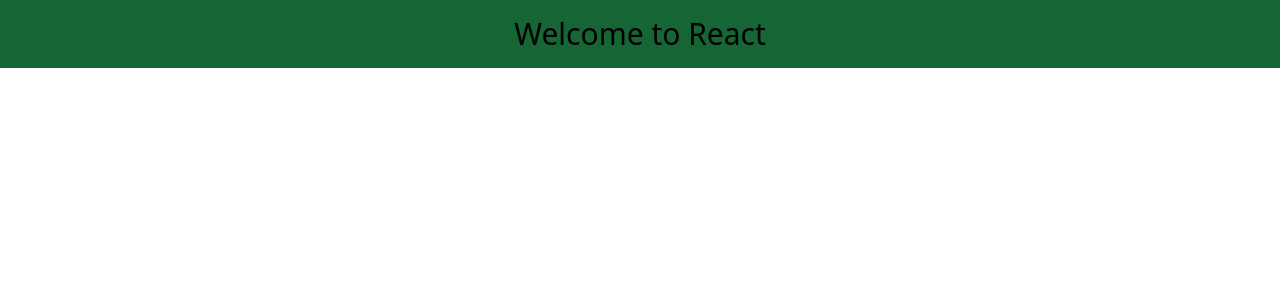
Repository: SaadYasin/react-internationalization
Page: /
These files come from the project's save history. The page is drawn as it stood at one moment and after the next save; the edit follows.
The browser window is 1280 px wide. The pictures show the whole page.
The project was rebuilt for these pictures with package versions that can differ from the ones it lists, and the page was loaded fresh each time. Also part of the build but not shown: vite.config.js.

Above is the page before, as saved 2024-07-18 21:30:19.

### index.html
<!doctype html>
<html lang="en">
  <head>
    <meta charset="UTF-8" />
    <link rel="icon" type="image/svg+xml" href="/vite.svg" />
    <meta name="viewport" content="width=device-width, initial-scale=1.0" />
    <title>Vite + React</title>

    <!-- FONTS -->
    <link rel="preconnect" href="https://fonts.googleapis.com">
    <link rel="preconnect" href="https://fonts.gstatic.com" crossorigin>
    <link
      href="https://fonts.googleapis.com/css2?family=Jost:ital,wght@0,100..900;1,100..900&family=Poppins:ital,wght@0,100;0,200;0,300;0,400;0,500;0,600;0,700;0,800;0,900;1,100;1,200;1,300;1,400;1,500;1,600;1,700;1,800;1,900&display=swap"
      rel="stylesheet">

  </head>
  <body>
    <div id="root"></div>
    <script type="module" src="/src/main.jsx"></script>
  </body>
</html>

### src/App.jsx
/* eslint-disable no-unused-vars */
import React from "react";
import i18next from '../src/utils/i18next';
import { useTranslation } from 'react-i18next'
function App() {
  const { t } = useTranslation();

  return (
    <>
      <h2 className="text-3xl text-center text p-4 bg-green-800">{t("Welcome to React")}</h2>
    </>
  )
}

export default App;

### src/index.css
@import url('https://fonts.googleapis.com/css2?family=Jost:ital,wght@0,100..900;1,100..900&family=Poppins:ital,wght@0,100;0,200;0,300;0,400;0,500;0,600;0,700;0,800;0,900;1,100;1,200;1,300;1,400;1,500;1,600;1,700;1,800;1,900&display=swap');

@tailwind base;
@tailwind components;
@tailwind utilities;

### src/utils/i18next.js
import i18n from "i18next";
import { initReactI18next } from "react-i18next";

import languageDetector from "i18next-browser-languagedetector";
import HttpApi from "i18next-http-backend";

i18n
  .use(initReactI18next)
  .use(languageDetector)
  .use(HttpApi)
  .init({
    fallbackLng: "en",
    detection: {
      order: [
        "htmlTag",
        "cookie",
        "localStorage",
        "sessionStorage",
        "navigator",
        "path",
        "subdomain",
      ],
      caches: ["localStorage"],
    },
    backend: {
      loadPath: "/locale/{{lng}}/translation.json",
    },
  });

export default i18n;

### tailwind.config.js
/** @type {import('tailwindcss').Config} */
export default {
  content: ["./index.html", "./src/**/*.{js,ts,jsx,tsx}"],
  theme: {
    fontFamily: {
      primary: ["Poppins", "sans-serif"],
      secondary: ["Jost", "sans-serif"],
    },
    extend: {},
  },
  plugins: [],
};

Loaded but not shown: src/main.jsx (common file)

After the next save:
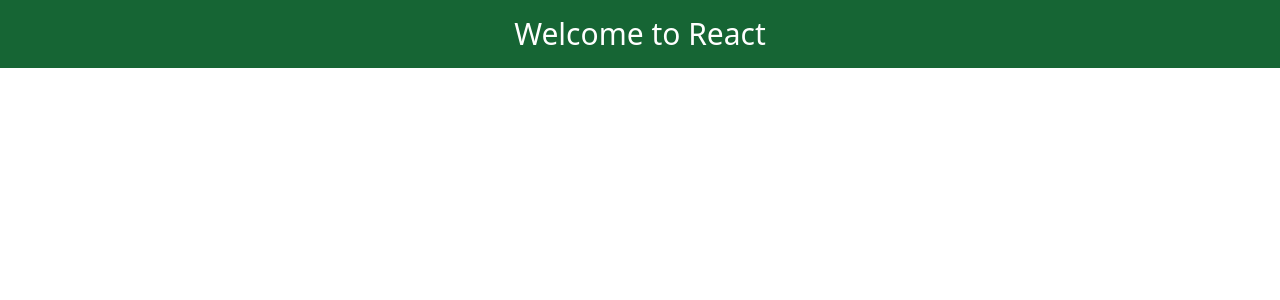
Saved 5 s later.
--- a/src/App.jsx
+++ b/src/App.jsx
@@ -7,7 +7,7 @@
 
   return (
     <>
-      <h2 className="text-3xl text-center text p-4 bg-green-800">{t("Welcome to React")}</h2>
+      <h2 className="text-3xl text-center text-white p-4 bg-green-800">{t("Welcome to React")}</h2>
     </>
   )
 }
